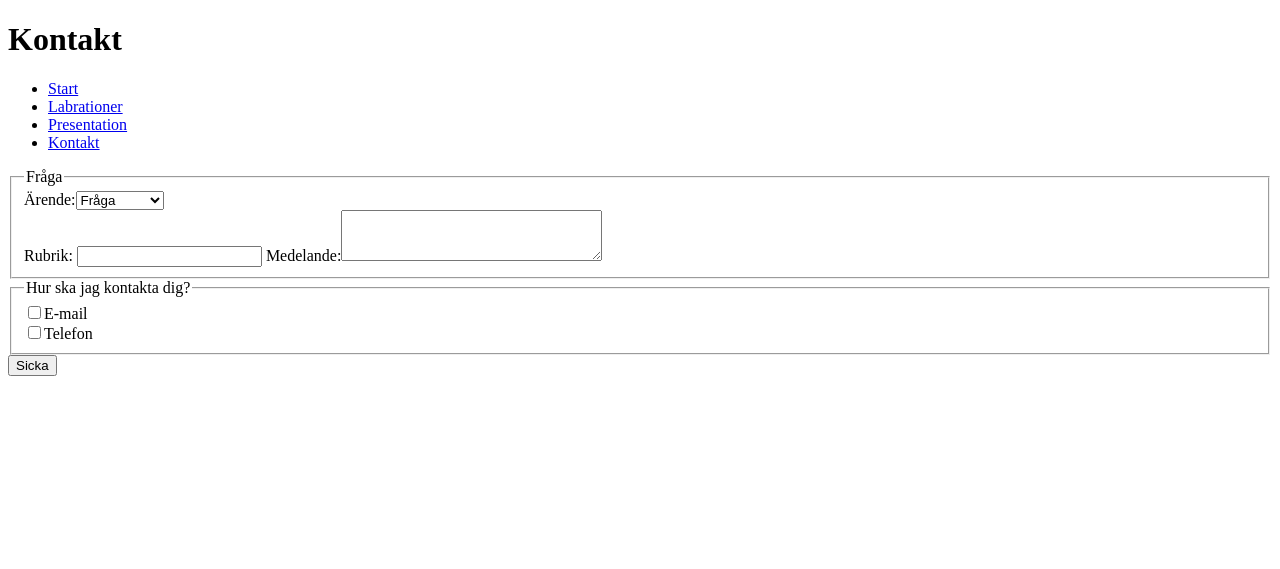
Repository: lw222gz/1ik415-laborationer
Page: Pages/kontakt.html
The author's editor kept a record of every edit. The page is drawn from the files as they stood at one moment, then again after the next edit.
The browser window is 1280 px wide. The pictures show the whole page.

Above is the page before.

After the next edit:
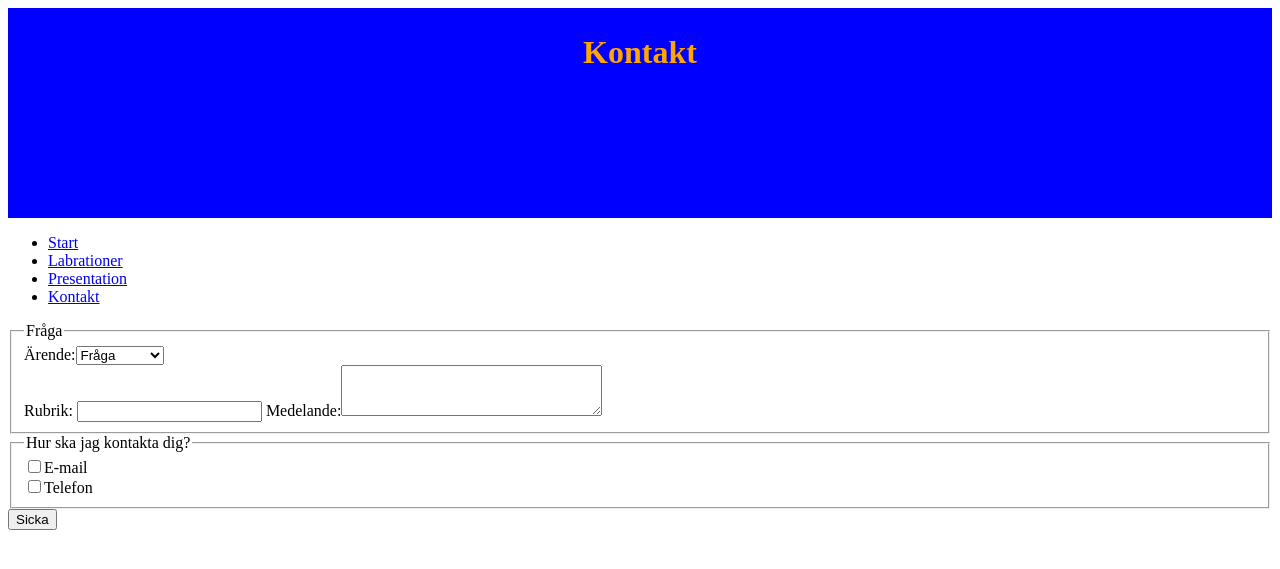
The edit:
--- a/Pages/kontakt.html
+++ b/Pages/kontakt.html
@@ -6,7 +6,10 @@
         <title>kontakt</title>
     </head>
 <body>
+<div id="header">
 <h1>Kontakt</h1>
+</div>
+
 <ul>
     <li><a href="../index.html">Start</a></li>
     <li><a href="labrationer.html">Labrationer</a></li>
